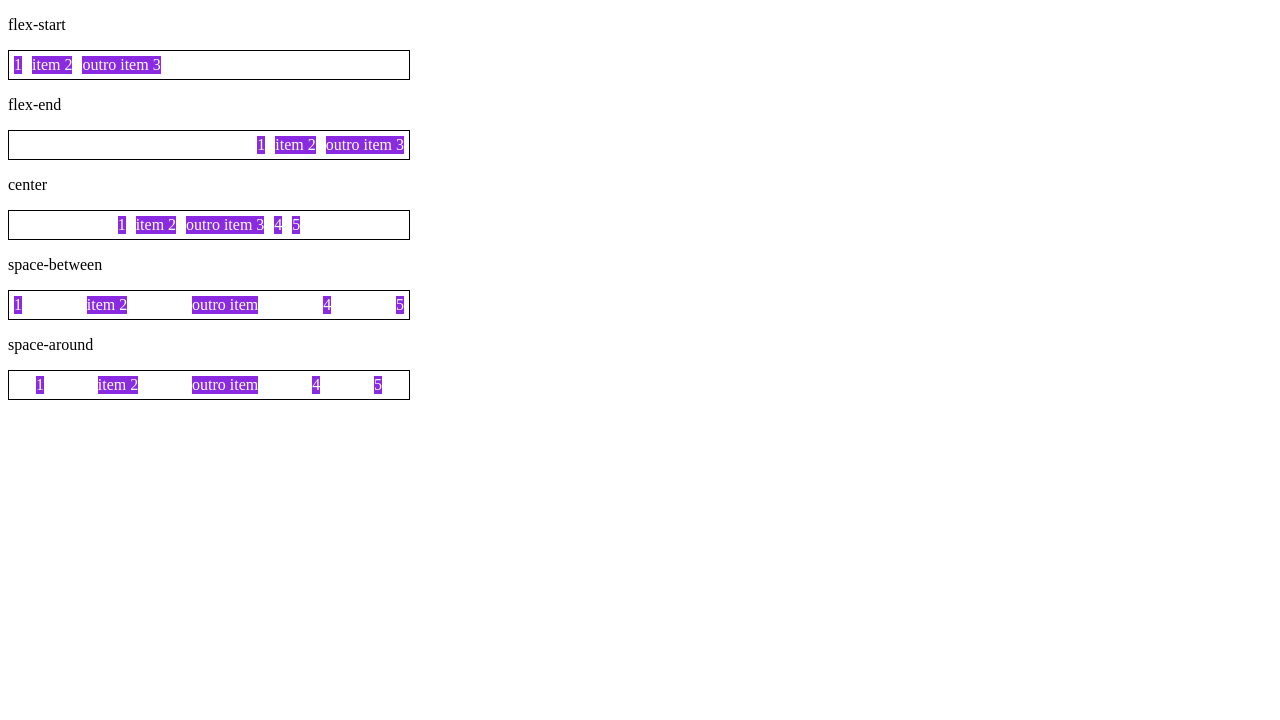
Repository: gabrielbino/projects-dio
Page: Flexbox/@justify-content.html
The author's editor kept a copy of each file at every save. The page is drawn from the files as they stood at one save, then again after the next save.
The browser window is 1280 px wide. The pictures show the whole page.

Above is the page before, as saved 2021-10-22 17:41:27.

After the next save:
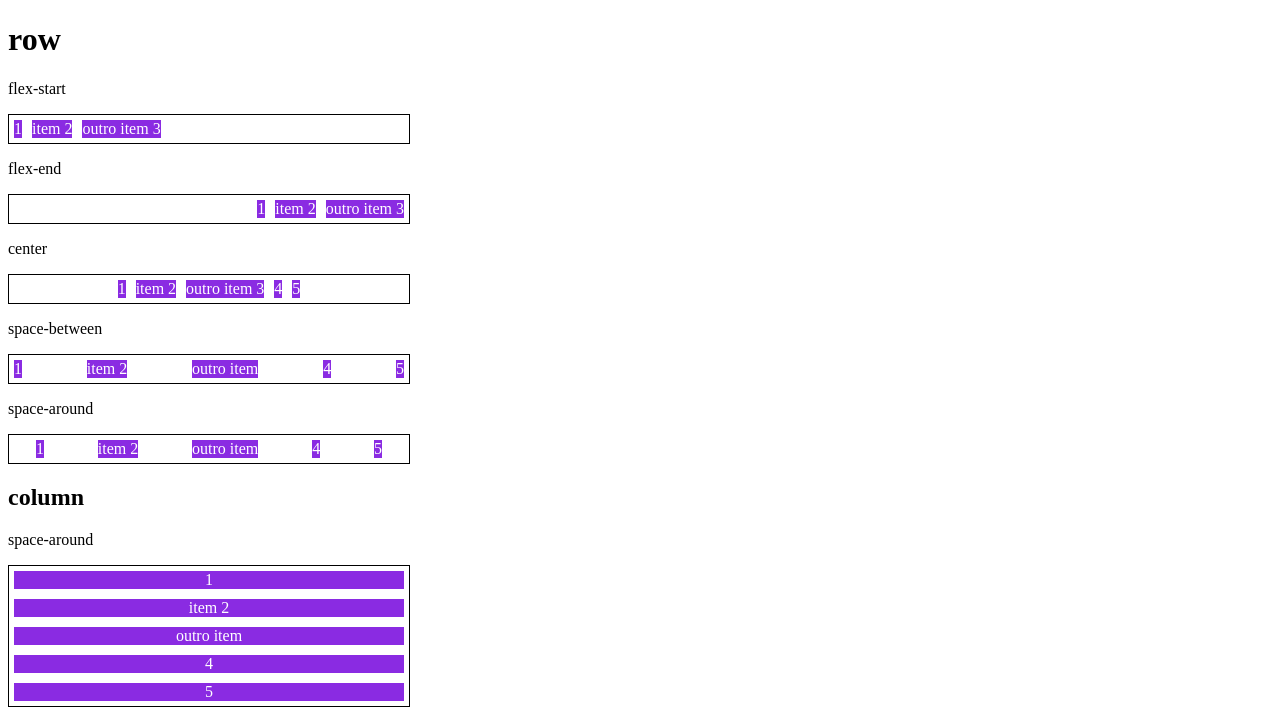
Saved 4 min 15 s later.
--- a/Flexbox/@justify-content.html
+++ b/Flexbox/@justify-content.html
@@ -39,9 +39,18 @@
       .spaceAround {
         justify-content: space-around;
       }
+
+      /* .flexStart {
+
+      } */
+
+      .column {
+        flex-direction: column;
+      }
     </style>
   </head>
   <body>
+    <h1>row</h1>
     <p>flex-start</p>
     <section class="container flexStart">
       <div class="item">1</div>
@@ -82,5 +91,15 @@
       <div class="item">4</div>
       <div class="item">5</div>
     </section>
+
+    <h2>column</h2>
+    <p>space-around</p>
+    <section class="container flexStart column">
+      <div class="item">1</div>
+      <div class="item">item 2</div>
+      <div class="item">outro item</div>
+      <div class="item">4</div>
+      <div class="item">5</div>
+    </section>
   </body>
 </html>
